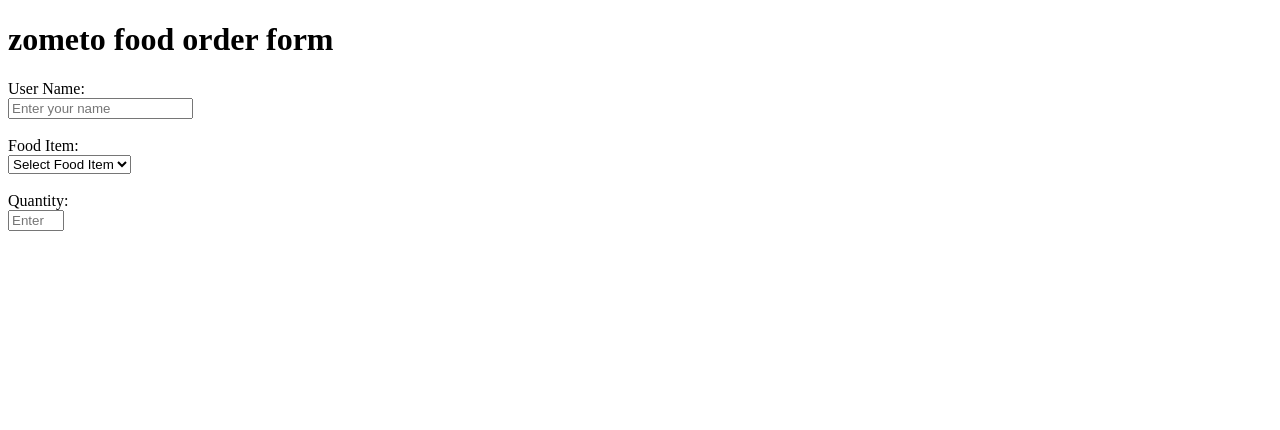
Repository: avishahir4812-crypto/Web-Development-Assignment
Page: session 3/task4.html
These files come from the project's save history. The page is drawn as it stood at one moment and after the next save; the edit follows.
The browser window is 1280 px wide. The pictures show the whole page.

Above is the page before, as saved 2026-06-28 10:54:48.

### session 3/task4.html
<!DOCTYPE html>
<html lang="en">
<head>
    <meta charset="UTF-8">
    <meta name="viewport" content="width=device-width, initial-scale=1.0">
    <title>Document</title>
</head>
<body>
    <h1>zometo food order form</h1>
    <form action="" method="post">
        <label for="username">User Name:</label><br>
        <input
            type="text"
            id="username"
            name="username"
            placeholder="Enter your name"
            required>
        <br><br>
         <label for="food">Food Item:</label><br>
        <select id="food" name="food" required>
            <option value="" selected disabled>Select Food Item</option>
            <option value="Pizza">Pizza</option>
            <option value="Burger">Burger</option>
            <option value="Biryani">Biryani</option>
            <option value="Pasta">Pasta</option>
        </select>
        <br><br>
         <label for="quantity">Quantity:</label><br>
        <input
            type="number"
            id="quantity"
            name="quantity"
            min="1"
            max="10"
            placeholder="Enter quantity"
            required>
        <br><br>
</body>
</html>

After the next save:
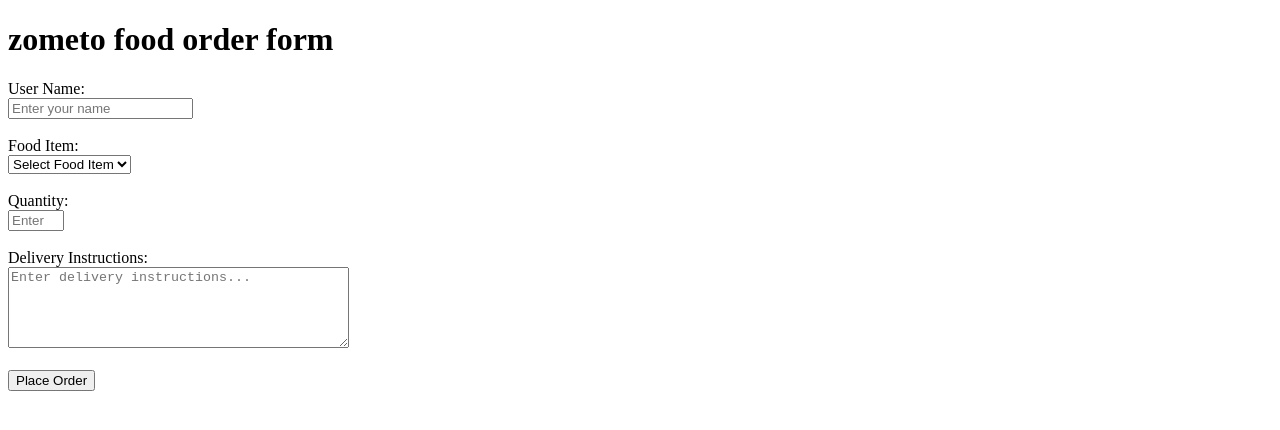
Saved 16 s later.
--- a/session 3/task4.html
+++ b/session 3/task4.html
@@ -35,5 +35,19 @@
             placeholder="Enter quantity"
             required>
         <br><br>
+        <label for="instructions">Delivery Instructions:</label><br>
+        <textarea
+            id="instructions"
+            name="instructions"
+            rows="5"
+            cols="40"
+            placeholder="Enter delivery instructions..."
+            required></textarea>
+        <br><br>
+
+        <button type="submit">Place Order</button>
+
+    </form>
+
 </body>
 </html>
